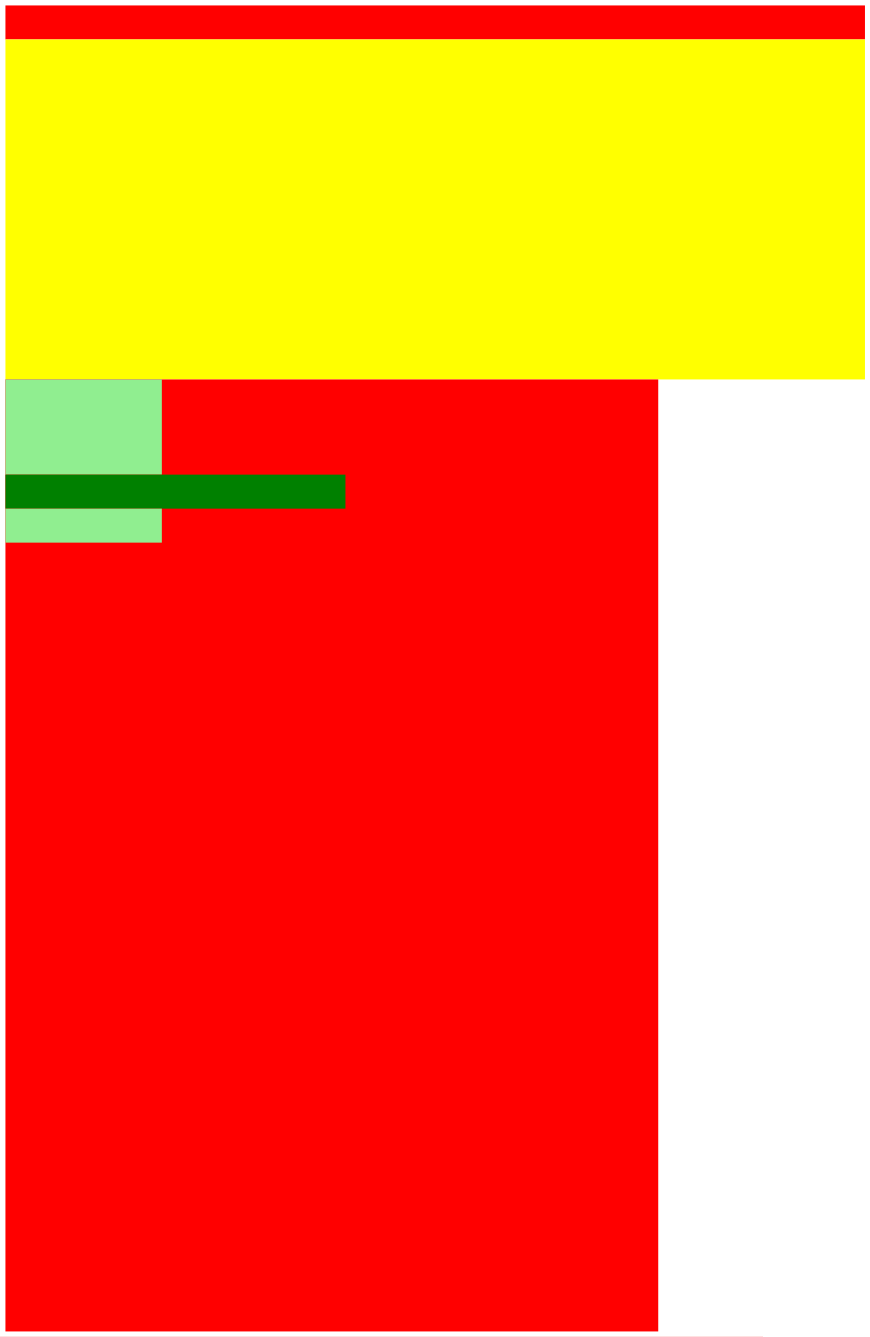
Repository: pureforest/html
Page: chapter4/chapter4.html
The author's editor kept a record of every edit. The page is drawn from the files as they stood at one moment, then again after the next edit.
The browser window is 1280 px wide. The pictures show the whole page, at 68% of full size.

Above is the page before.

### chapter4/chapter4.html
<!DOCTYPE html1>
<html lang="ja">
  <head>

    <meta charest="UTF-8"/>
    <link rel="stylesheet" href="chapter4style.css"/>
    <title>chapter4</title>
    </head>

    <div class="header"></div>

    <div class="main-visual"></div>

    <div class="main">
      <div class="left"></div>
      <div class="central"></div>
      <div class="right"></div>
    </div>

### chapter4/chapter4style.css
.header{
 width: 100%;
 height: 50px;
 background-color: red;
}

.main-visual{
  width: 100%;
 height: 500px;
 background-color: yellow;
}

.main{
  width: 960px;
 height: 1400px;
 background-color: red;
}

.left{
  width: 230px;
 height: 140px;
 background-color: lightgreen;
}

.central{
  width: 500px;
 height: 50px;
 background-color: green;
}

.right{
  width: 230px;
 height: 50px;
 background-color: lightgreen;
}

After the next edit:
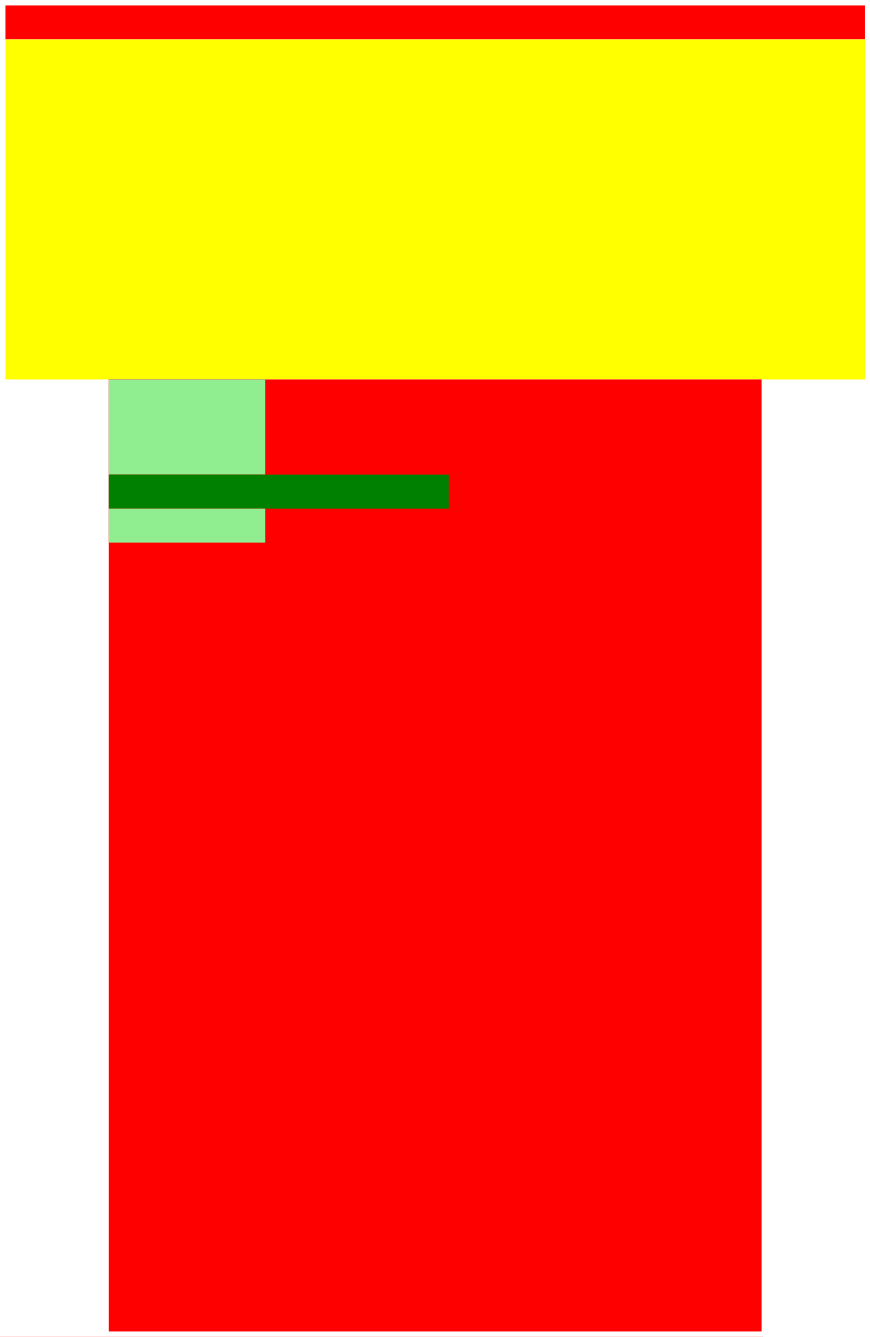
The edit:
--- a/chapter4/chapter4style.css
+++ b/chapter4/chapter4style.css
@@ -14,6 +14,8 @@
   width: 960px;
  height: 1400px;
  background-color: red;
+ justify-content: center;
+ margin: 0 auto;
 }
 
 .left{
